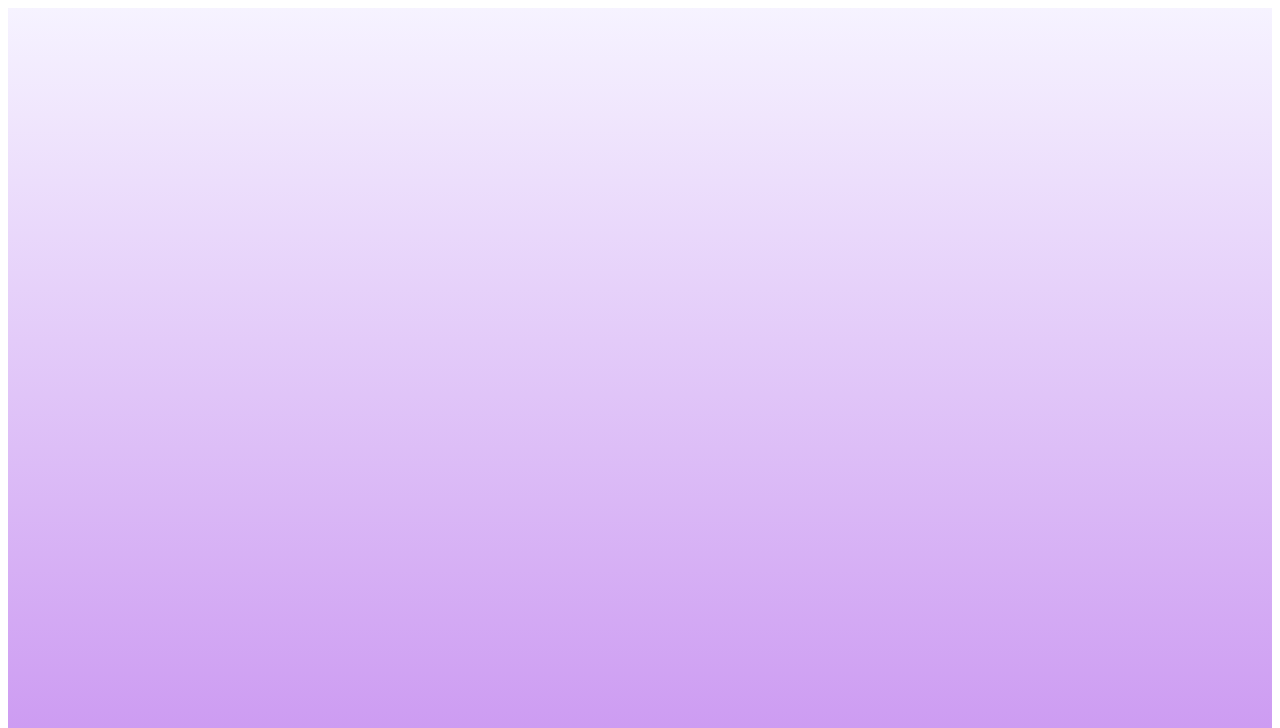
Repository: gyypwrs/css-practice
Page: 毛玻璃/index.html
An editor plug-in stored every save of this project. The page is shown before and after the next save, followed by the edit.
The browser window is 1280 px wide. The pictures show the whole page.

Above is the page before, as saved 2022-05-05 16:38:54.

After the next save:
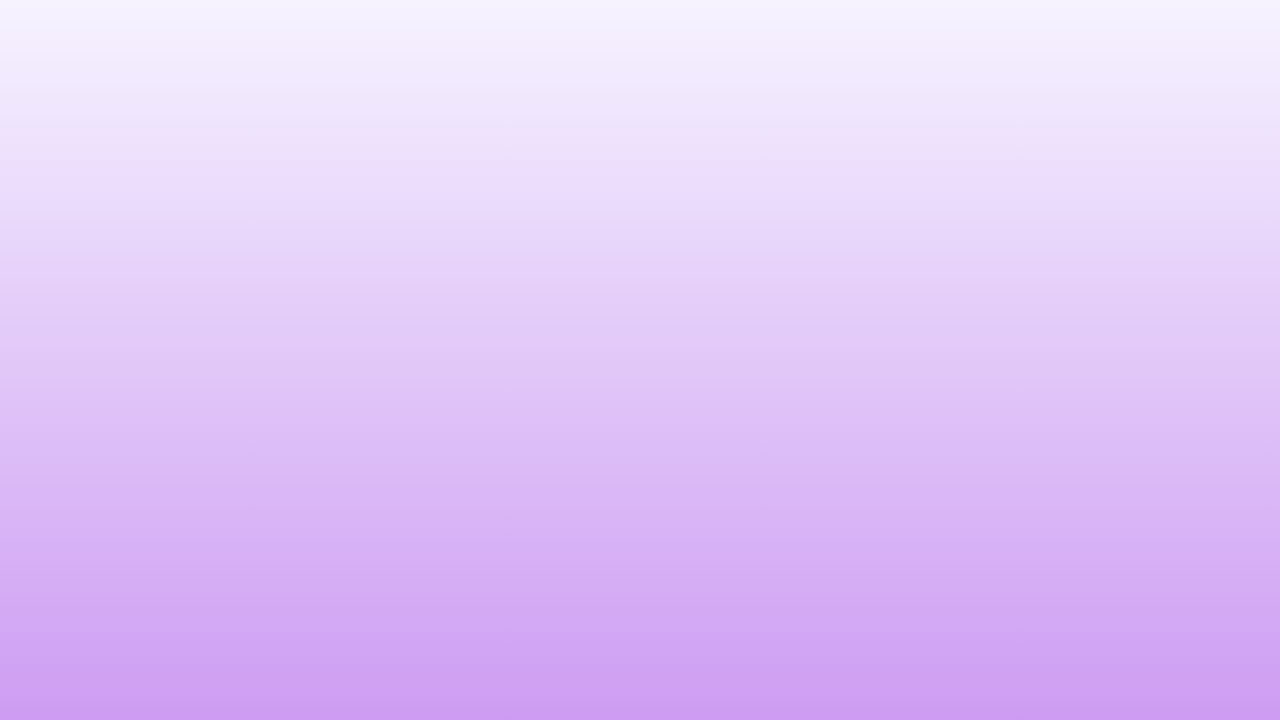
Saved 62 s later.
--- a/毛玻璃/index.html
+++ b/毛玻璃/index.html
@@ -4,7 +4,7 @@
  * @Author: Hongyu
  * @Date: 2022-05-05 16:21:44
  * @LastEditors: Hongyu
- * @LastEditTime: 2022-05-05 16:38:36
+ * @LastEditTime: 2022-05-05 16:39:56
 -->
 <!DOCTYPE html>
 <html>
@@ -13,6 +13,11 @@
     <style type="text/css">
       html,body{
         height: 100%
+      }
+      body {
+        margin: 0;
+        padding: 0;
+        overflow: hidden;
       }
      .root {
         height: 100%;
